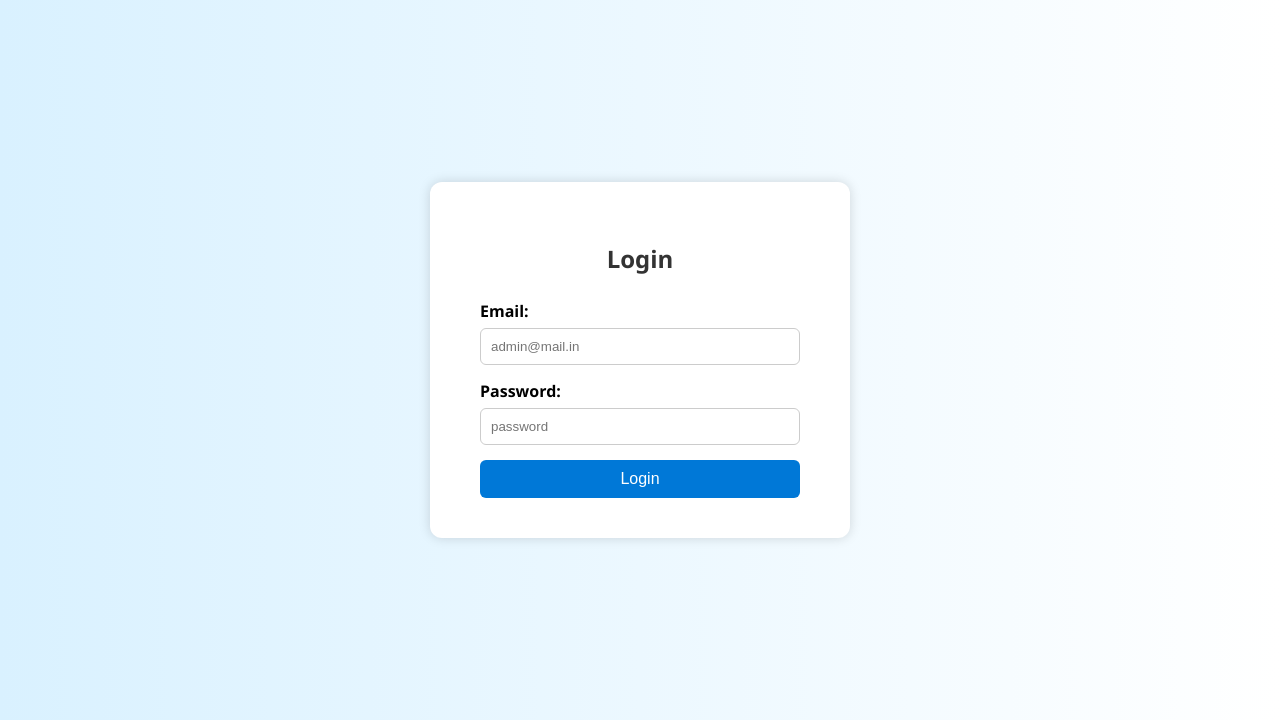
Repository: AkshayKPrajapati/CodingHub
Page: Servlet/WebContent/httpSession.html
These files come from the project's save history. The page is drawn as it stood at one moment and after the next save; the edit follows.
The browser window is 1280 px wide. The pictures show the whole page.

Above is the page before, as saved 2025-10-14 18:05:43.

After the next save:
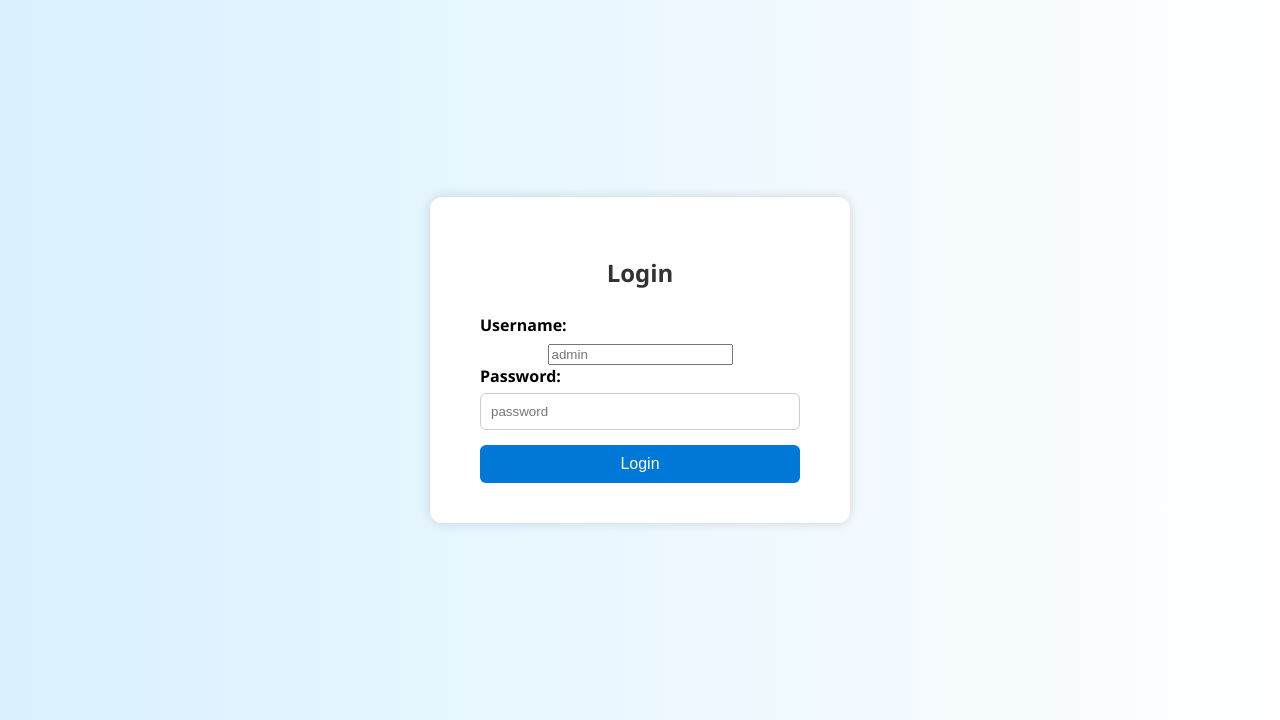
Saved 72 s later.
--- a/Servlet/WebContent/httpSession.html
+++ b/Servlet/WebContent/httpSession.html
@@ -68,8 +68,8 @@
   <section class="loginSection">
     <h2>Login</h2>
     <form action="loginSession" method="post">
-      <label for="email">Email:</label>
-      <input type="email" id="email" name="email" placeholder="admin@mail.in" required>
+      <label for="username"	>Username:</label>
+      <input type="text" id="username" name="username" placeholder="admin" required>
 
       <label for="password">Password:</label>
       <input type="password" id="password" name="password" placeholder="password" required>
